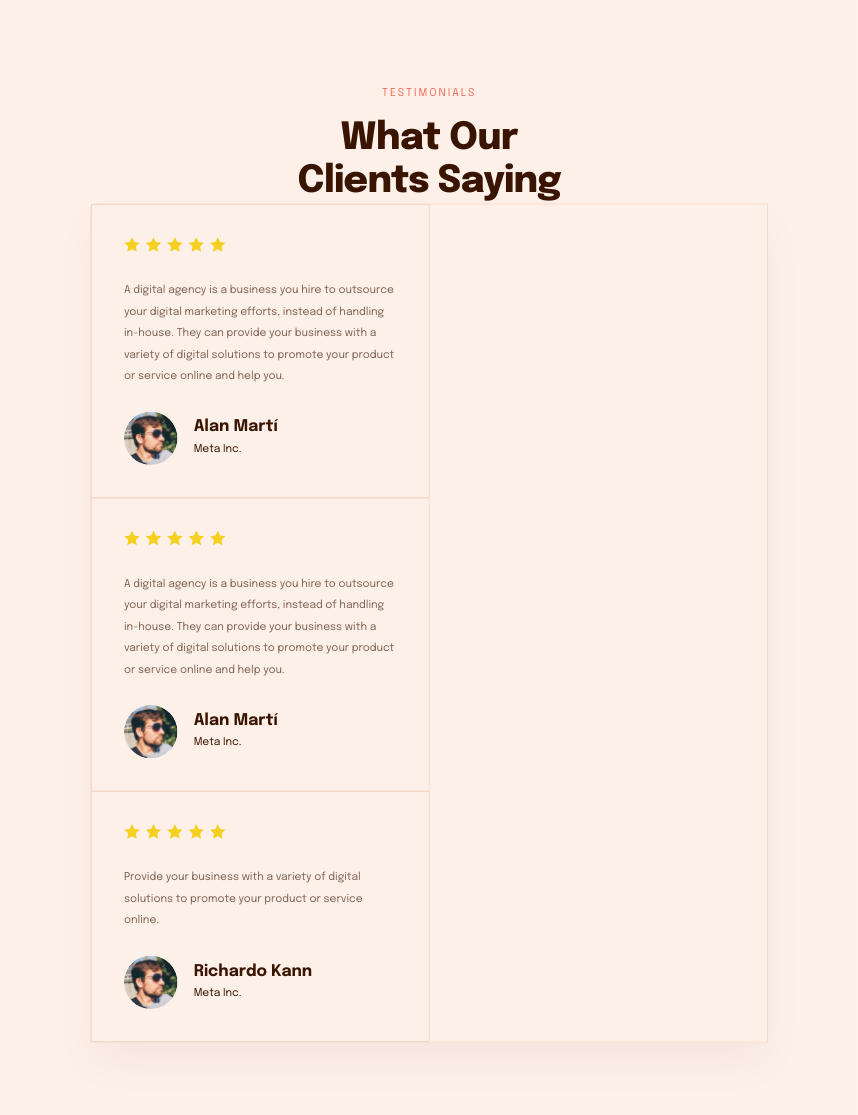
Repository: simralgasimov/task
Page: index.html
An editor plug-in stored every save of this project. The page is shown before and after the next save, followed by the edit.
The browser window is 1280 px wide. The pictures show the whole page, at 67% of full size.

Above is the page before, as saved 2023-09-06 13:47:42.

After the next save:
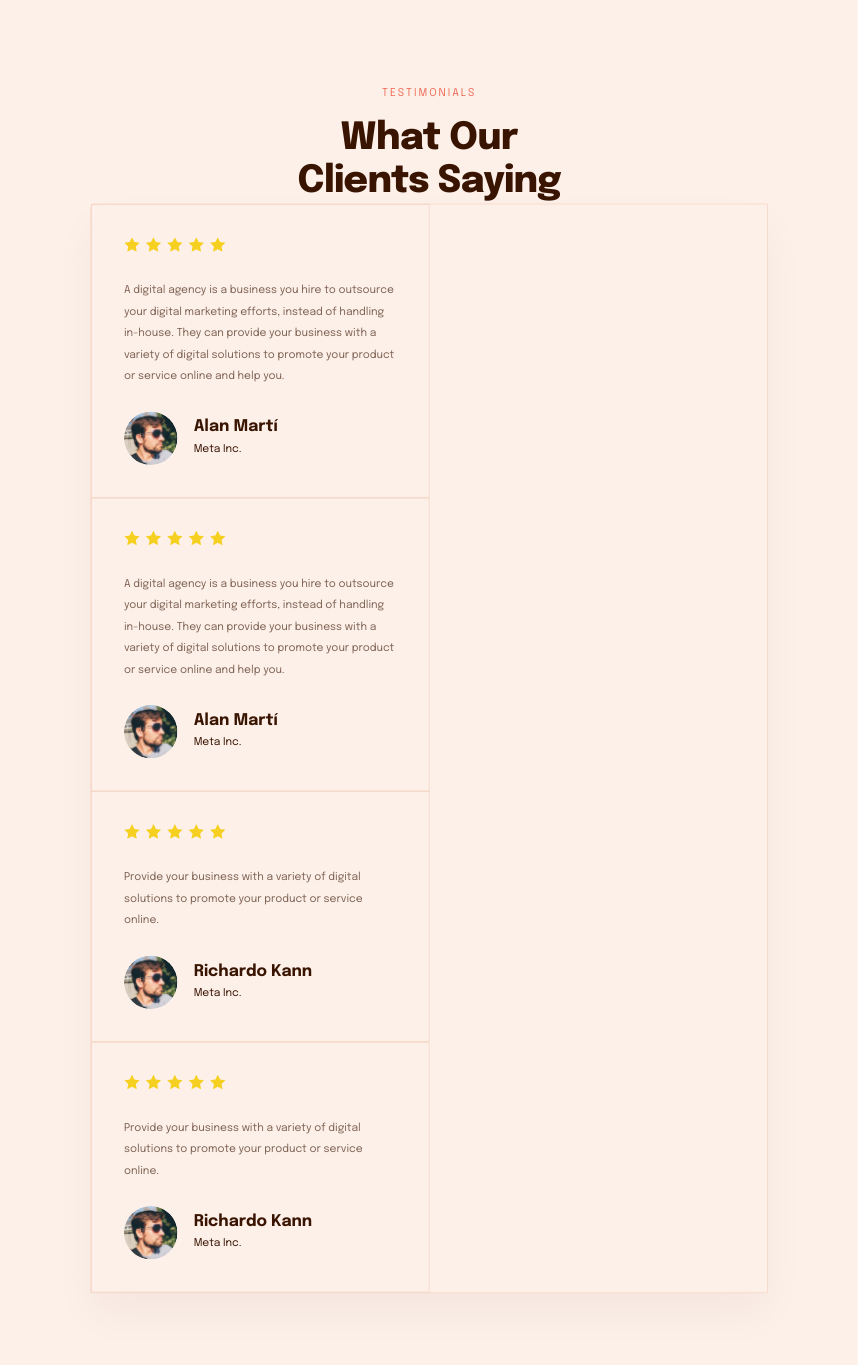
Saved 4 s later.
--- a/index.html
+++ b/index.html
@@ -55,6 +55,18 @@
           </div>
 
       </div>
+      <div class="box">
+        <img class="star-img" src="./img/star.svg" alt="" />
+        <p> Provide your business with a variety of digital solutions to promote your product or service online. </p>
+        <div class="user">
+          <img src="./img/Oval.svg" alt="">
+          <div class="user-info">
+            <h3>Richardo Kann</h3>
+            <p>Meta Inc.</p>
+          </div>
+        </div>
+
+    </div>
       </div>
     </div>
 </body>
